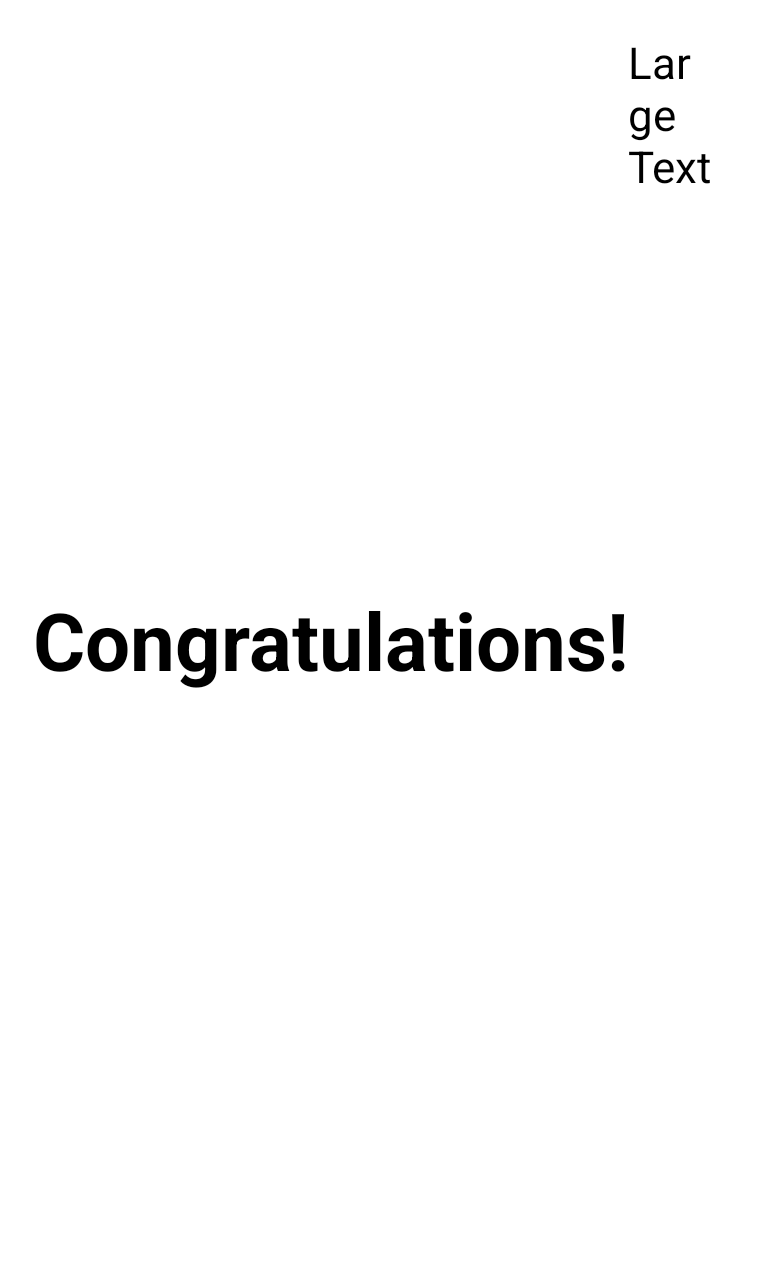
Repository: AGNT/Mobile_application_SU13
Layout: android/Locate/res/layout/activity_final_points.xml
The author's editor kept a copy of each file at every save. The layout is drawn from the files as they stood at one save, then again after the next save.
It is drawn on a 768 x 1280 px phone screen (xhdpi) without system bars, with theme AppTheme; the app's code is not run.

Above is the layout before, as saved 2013-08-11 02:48:44.

After the next save:
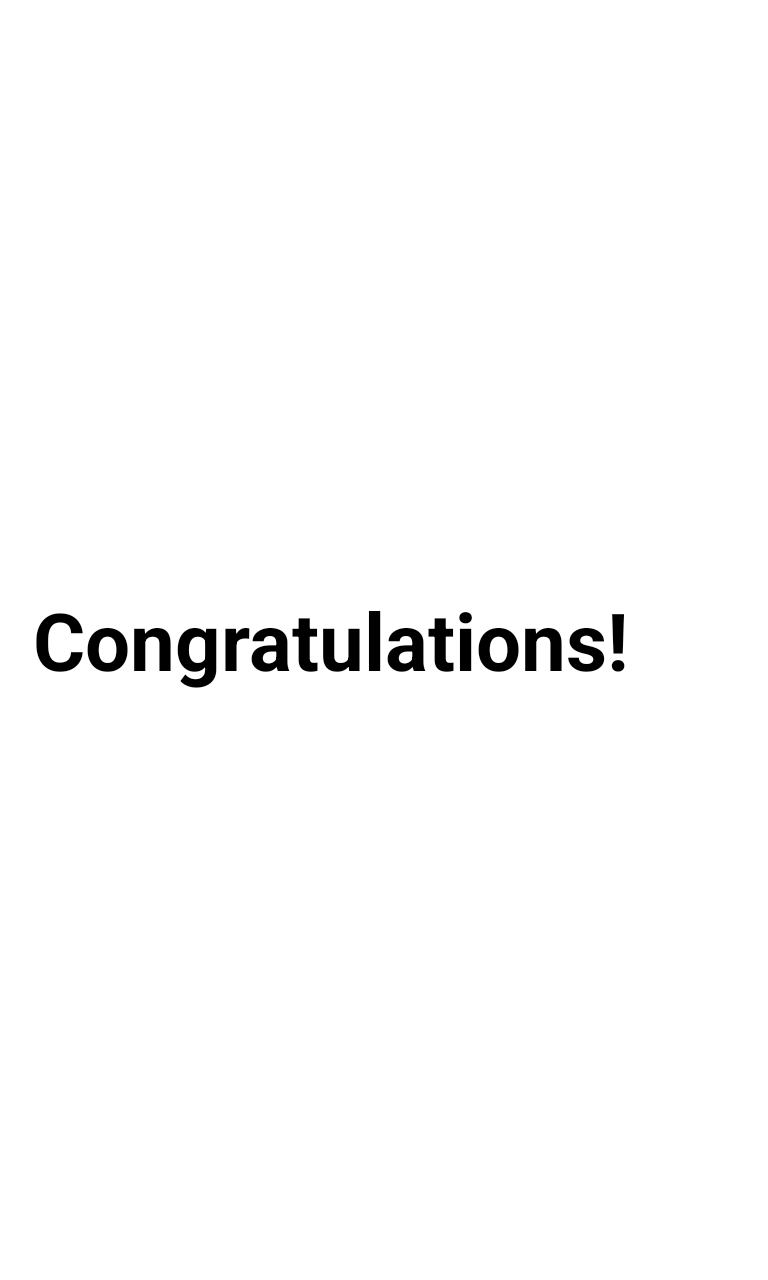
Saved 13 s later.
--- a/android/Locate/res/layout/activity_final_points.xml
+++ b/android/Locate/res/layout/activity_final_points.xml
@@ -19,13 +19,4 @@
         android:textSize="40sp"
         android:textStyle="bold" />
 
-    <TextView
-        android:id="@+id/tv_finalpoints"
-        android:layout_width="wrap_content"
-        android:layout_height="wrap_content"
-        android:layout_centerHorizontal="true"
-        android:layout_centerVertical="true"
-        android:text="Large Text"
-        android:textAppearance="?android:attr/textAppearanceLarge" />
-
 </LinearLayout>
